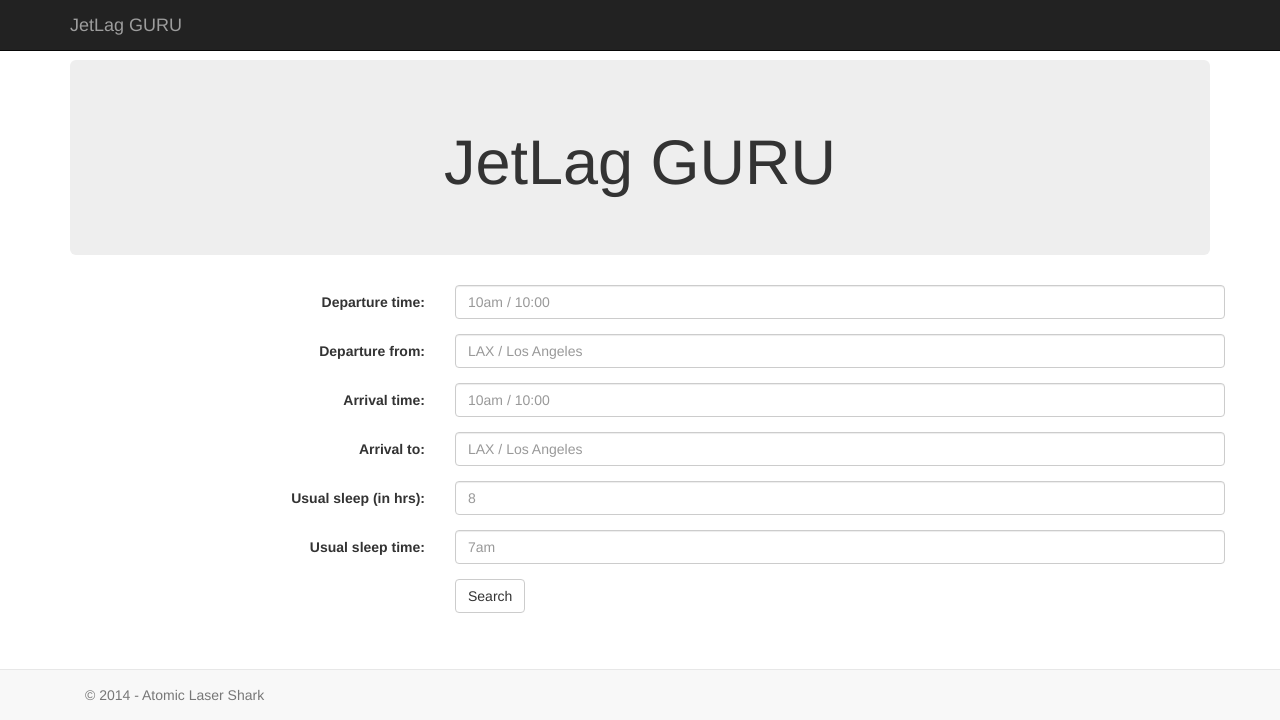
Repository: CzechHackathon2014/jetlag-guru
Page: client/index.html
The author's editor kept a record of every edit. The page is drawn from the files as they stood at one moment, then again after the next edit.
The browser window is 1280 px wide. The pictures show the whole page.

Above is the page before.

### client/index.html
<!doctype html>
<html lang="en" ng-app>
  <head>
    <title>JetLag GURU</title>
    <meta name="viewport" content="width=device-width, initial-scale=1.0">
    <link rel="stylesheet" href="https://maxcdn.bootstrapcdn.com/bootstrap/3.3.0/css/bootstrap.min.css">
    <!--<link rel="stylesheet" href="/css/bootstrap.min.css">-->
    <!--<link rel="stylesheet" href="/css/bootstrap-responsive.min.css">-->
    <link rel="stylesheet" href="/css/index.css">
    <style>
      body {
        padding-top: 60px;
      }
    </style>
  </head>
  <body>
    <div class="navbar navbar-inverse navbar-fixed-top" role="navigation">
        <div class="container">
            <div class="navbar-header">
                <a class="navbar-brand" href="#">JetLag GURU</a>
            </div>
        </div>
    </div>
    <div class="container">
      <div class="jumbotron">
        <h1>JetLag GURU</h1>
      </div>
      <form class="form-horizontal">
        <div class="row">
          <div class="form-group">
            <label class="control-label col-md-4" for="departureTime">Departure time:</label>
            <div class="col-md-8">
              <input type="text" class="form-control" id="departureTime" placeholder="10am / 10:00">
            </div>
          </div>
          <div class="form-group">
            <label class="control-label col-md-4" for="departureFrom">Departure from:</label>
            <div class="col-md-8">
              <input class="form-control airportInput typeahead" type="text" class="form-control" id="departureFrom" placeholder="LAX / Los Angeles">
            </div>
          </div>
          <div class="form-group">
            <label class="control-label col-md-4" for="arrivalTime">Arrival time:</label>
            <div class="col-md-8">
              <input type="text" class="form-control" id="arrivalTime" placeholder="10am / 10:00">
            </div>
          </div>
          <div class="form-group">
            <label class="control-label col-md-4" for="arrivalTo">Arrival to:</label>
            <div class="col-md-8">
              <input class="form-control airportInput typeahead" type="text" class="form-control" id="arrivalTo" placeholder="LAX / Los Angeles">
            </div>
          </div>
          <div class="form-group">
            <label class="control-label col-md-4" for="usualSleepLength">Usual sleep (in hrs):</label>
            <div class="col-md-8">
              <input type="text" class="form-control" id="sleepLength" placeholder="8">
            </div>
          </div>
          <div class="form-group">
            <label class="control-label col-md-4" for="usualSleepTime">Usual sleep time:</label>
            <div class="col-md-8">
              <input type="text" class="form-control" id="sleepTime" placeholder="7am">
            </div>
          </div>
        </div>
        <div class="row">
          <div class="form-group">
            <label class="control-label col-md-4"></label>
            <div class="col-md-8">
              <button id="btnSearch" type="submit" class="btn btn-default">Search</button>
            </div>
          </div>
        </div>
      </form>
      <div id="schedule" class="row">
        <!--response goes here-->



      </div>
    </div>
    <div id="footer" class="navbar navbar-default navbar-fixed-bottom">
        <div class="container">
            <p class="muted credit navbar-text">&copy; 2014 - Atomic Laser Shark</p>
        </div>
    </div>
    <script src="/js/jquery.min.js"></script>
    <!--<script src="/js/bootstrap.min.js"></script>-->
    <script src="https://maxcdn.bootstrapcdn.com/bootstrap/3.3.0/js/bootstrap.min.js"></script>
    <script src="/js/angular.min.js"></script>
    <script src="/js/typeahead.bundle.min.js"></script>
    <script src="/js/index.js"></script>
    <script src="/js/airportAutocomplete.js"></script>
    <script src="/js/chart.js"></script>
  </body>
</html>

### client/css/index.css
/*.form-group{*/
/*    padding-bottom:5px;*/
/*}*/

.jumbotron h1 {
    text-align: center;
}

.centered{
    text-align: center;
}

.typeahead{
    z-index: inherit;
}

.twitter-typeahead{
    width:100%;
}

/*.tt-query,*/
/*.tt-hint {*/
/*    width: 396px;*/
/*    height: 30px;*/
/*    padding: 8px 12px;*/
/*    font-size: 24px;*/
/*    line-height: 30px;*/
/*    border: 2px solid #ccc;*/
/*    border-radius: 8px;*/
/*    outline: none;*/
/*}*/

/*.tt-query {*/
/*    box-shadow: inset 0 1px 1px rgba(0, 0, 0, 0.075);*/
/*}*/

/*.tt-hint {*/
/*    color: #999*/
/*}*/

/*.tt-dropdown-menu {*/
/*    width: 422px;*/
/*    margin-top: 12px;*/
/*    padding: 8px 0;*/
/*    background-color: #fff;*/
/*    border: 1px solid #ccc;*/
/*    border: 1px solid rgba(0, 0, 0, 0.2);*/
/*    border-radius: 8px;*/
/*    box-shadow: 0 5px 10px rgba(0,0,0,.2);*/
/*}*/

/*.tt-suggestion {*/
/*    padding: 3px 20px;*/
/*    font-size: 18px;*/
/*    line-height: 24px;*/
/*}*/

/*.tt-suggestion.tt-is-under-cursor {*/
/*    color: #fff;*/
/*    background-color: #0097cf;*/

/*}*/

/*.tt-suggestion p {*/
/*    margin: 0;*/
/*}*/



span.twitter-typeahead .tt-dropdown-menu {
  position: absolute;
  top: 100%;
  left: 0;
  z-index: 1000;
  display: none;
  float: left;
  min-width: 160px;
  padding: 5px 0;
  margin: 2px 0 0;
  list-style: none;
  font-size: 14px;
  text-align: left;
  background-color: #ffffff;
  border: 1px solid #cccccc;
  border: 1px solid rgba(0, 0, 0, 0.15);
  border-radius: 4px;
  -webkit-box-shadow: 0 6px 12px rgba(0, 0, 0, 0.175);
  box-shadow: 0 6px 12px rgba(0, 0, 0, 0.175);
  background-clip: padding-box;
}
span.twitter-typeahead .tt-suggestion > p {
  display: block;
  padding: 3px 20px;
  clear: both;
  font-weight: normal;
  line-height: 1.42857143;
  color: #333333;
  white-space: nowrap;
}
span.twitter-typeahead .tt-suggestion > p:hover,
span.twitter-typeahead .tt-suggestion > p:focus {
  color: #ffffff;
  text-decoration: none;
  outline: 0;
  background-color: #428bca;
}
span.twitter-typeahead .tt-suggestion.tt-cursor {
  color: #ffffff;
  background-color: #428bca;
}
span.twitter-typeahead {
  width: 100%;
}
.input-group span.twitter-typeahead {
  display: block !important;
}
.input-group span.twitter-typeahead .tt-dropdown-menu {
  top: 32px !important;
}
.input-group.input-group-lg span.twitter-typeahead .tt-dropdown-menu {
  top: 44px !important;
}
.input-group.input-group-sm span.twitter-typeahead .tt-dropdown-menu {
  top: 28px !important;
}

### client/js/index.js
$(function () {

    $('#btnSearch').on("click",function (e) {

        var departureTime = $("#departureTime").val();
        var departureFrom = $("#departureFrom").val();
        var arrivalTime = $("#arrivalTime").val();
        var arrivalTo = $("#arrivalTo").val();

        loadSchedule(departureTime, departureFrom, arrivalTime, arrivalTo);
    });

    function loadSchedule(departureTime, departureFrom, arrivalTime, arrivalTo) {

        var query = {departureTime:departureTime, departureFrom:departureFrom, arrivalTime:arrivalTime, arrivalTo:arrivalTo};

        $("#schedule").html("");

        $.get("calculateSchedule", query
        ).success(function (data, textStatus) {

            // $.each(data, function(idx, obj) {

	           // var text = obj.text;


            // });


            $("#schedule").html(drawChart(data));

        }).error(function (data, textStatus) {
            alert("error");

        });
    };
});

### client/js/airportAutocomplete.js
$(function () {

// Instantiate the Bloodhound suggestion engine
var airports = new Bloodhound({
    datumTokenizer: function(d) {
        return Bloodhound.tokenizers.whitespace(d.val);
    },
    queryTokenizer: Bloodhound.tokenizers.whitespace,
    remote: {
        url: '/airportSearch?search=%QUERY',
        filter: function (res) {
            // Map the remote source JSON array to a JavaScript array
            return $.map(res.results, function (singleRes) {
                var i=0;
                return {
                    value: singleRes.Name
                };
            });
        }
    }
});

// Initialize the Bloodhound suggestion engine
airports.initialize();

// Instantiate the Typeahead UI
$('.typeahead').typeahead(null, {
    displayKey: 'value',
    source: airports.ttAdapter()
});

});

### client/js/chart.js

function drawChart(data) {
    var result;
    for (var j = 0; j < data.solutions.length; j++) {
        var table = "<table>";

        for (var i = 0; i < data.solutions[j].days.length; i++) {
            for (var k = 0; k < data.solutions[j].days[i].hours.length; k++) {
                addRow(data.solutions[j].days[i].hours[k], data.tz_diff);
            }
        }

        table += "</table>";
        result += table;
    }
    return result;
}

function addRow(line, shift) {
    return "<tr>" +
        flightCell(line) +
        departureZoneCell(line) +
        awakeCell(line) +
        arrivalZoneCell(line, shift) +
        noteCell(line) +
        travelerClockCell(line) +
        sunCell(line) +
        earlyLateCell(line) +
        adviceCell(line) +
        "</tr>";
}

function departureZoneCell(line) {
    return time(line.hour_number);
}

function awakeCell(line) {
    if (line.nee) {
        return cell("awake", "NTBA");
    }
    else {
        return emptyCell();
    }
}

function arrivalZoneCell(line, shift) {
    var arrivalHour = line.hour + shift;
    arrivalHour %= 24;
    return time(arrivalHour, line.arr_tz_night);
}

function time(hour, isNight) {
    return cell("time" + isNight ? " night" : "", ("00" + hour).slice(-2) + ":00");
}

function noteCell(line) {
    if (line.note) {
        return cell("note", line.note);
    }
    else {
        return emptyCell();
    }
}

function earlyLateCell(line) {
    if (line.earlyLate) {
        return cell("early-late", line.earlyLate);
    }
    else {
        return emptyCell();
    }
}

function sunCell(line) {
    if (line.sun) {
        return cell("sun", line.sun);
    }
    else {
        return emptyCell();
    }
}

function travelerClockCell(line) {
    if (line.travelerClock) {
        return cell("flight", "Flight");
    }
    else {
        return emptyCell();
    }
}

function adviceCell(line) {
    if (line.advice) {
        return cell("advice", line.advice);
    }
    else {
        return emptyCell();
    }
}

function flightCell(line) {
    if (line.flight) {
        return cell("flight", "Flight");
    }
    else {
        return emptyCell();
    }
}

function emptyCell() {
    return cell("empty", "&nbsp;");
}

function cell(cls, text) {
    return "<td class='" + cls + "'>" + text + "</td>";
}

Loaded but not shown: client/js/jquery.min.js (library); client/js/angular.min.js (library); client/js/typeahead.bundle.min.js (library)

After the next edit:
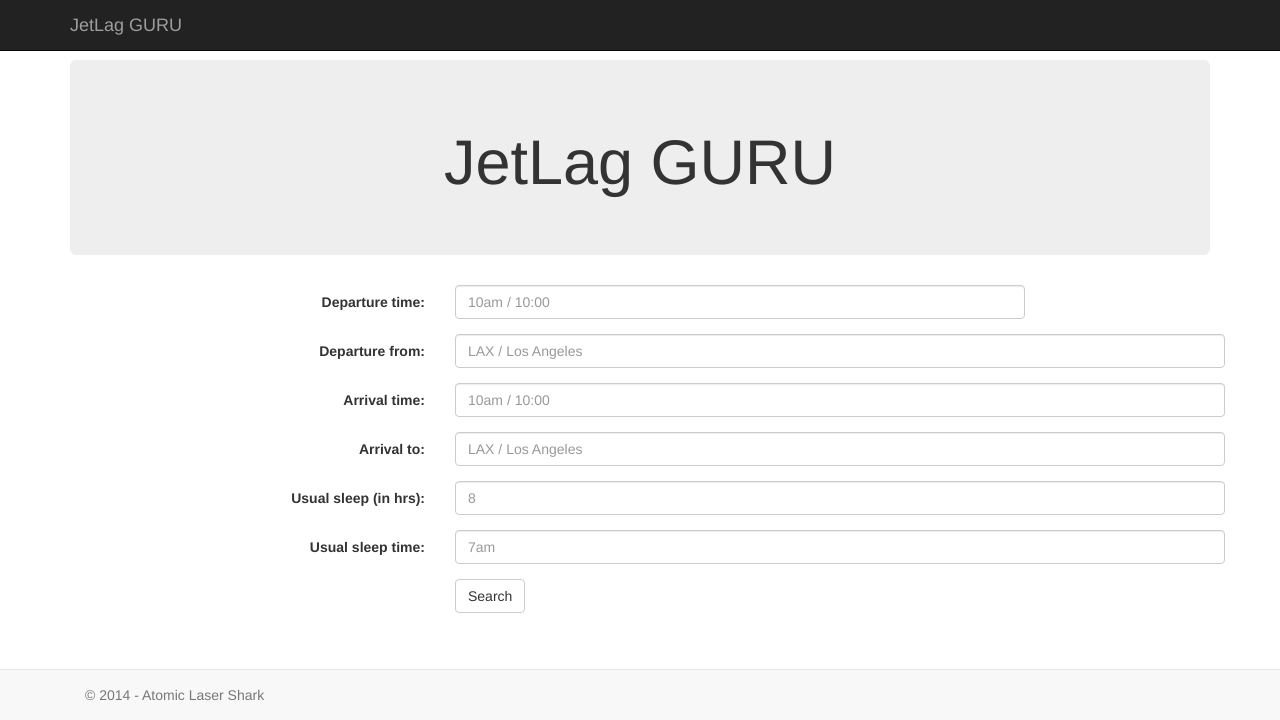
The edit:
--- a/client/index.html
+++ b/client/index.html
@@ -29,7 +29,7 @@
         <div class="row">
           <div class="form-group">
             <label class="control-label col-md-4" for="departureTime">Departure time:</label>
-            <div class="col-md-8">
+            <div class="col-md-6">
               <input type="text" class="form-control" id="departureTime" placeholder="10am / 10:00">
             </div>
           </div>
